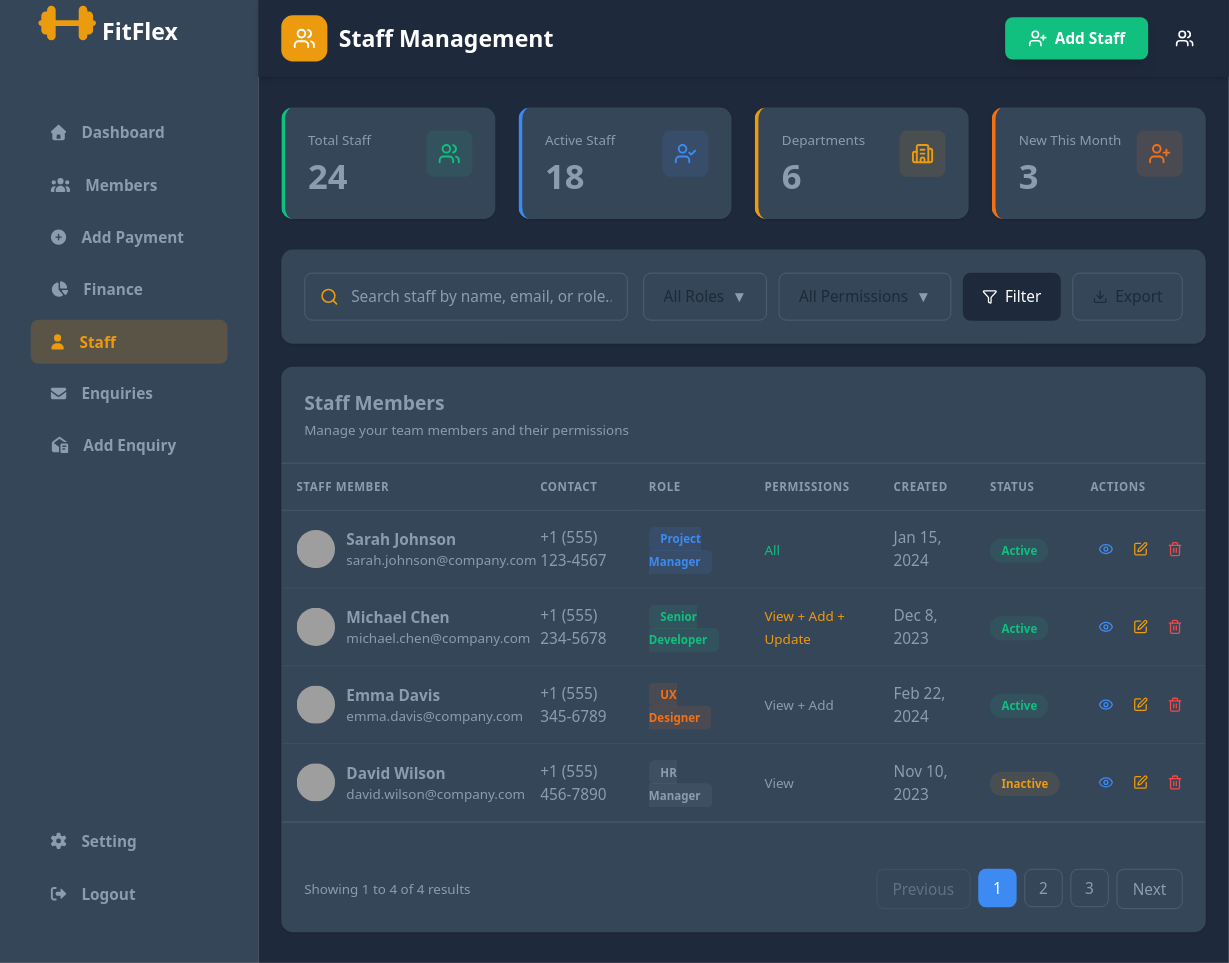
Repository: MuhammadTalhaTaj/gym_management_app_backend
Page: /staff (app in frontend/)
The author's editor kept a copy of each file at every save. The page is drawn from the files as they stood at one save, then again after a run of saves.
The browser window is 1280 px wide. The pictures show the whole page, at 96% of full size.
Pictures or frames that could not be fetched are drawn as grey boxes. The project was rebuilt for these pictures with package versions that can differ from the ones it lists, and the page was loaded fresh each time. Also part of the build but not shown: frontend/vite.config.ts, frontend/src/assets/styles/AdminHeader.css, frontend/src/Components/AdminHeader.tsx, frontend/src/assets/styles/AdminDashboard.css, frontend/src/hooks/useDashboardData.ts, frontend/src/assets/styles/AdminDashboardStats.css, frontend/src/Components/AdminDashboardStats.tsx, frontend/src/Components/IncomeExpenseChart.tsx and 30 more.

Above is the page before, as saved 2025-11-21 10:10:32.

### frontend/index.html
<!doctype html>
<html lang="en">

<head>
  <meta charset="UTF-8" />
  <link rel="icon" type="image/svg+xml" href="/vite.svg" />
  <meta name="viewport" content="width=device-width, initial-scale=1.0" />
  <title>GymManagement</title>
  <link rel="preconnect" href="https://fonts.googleapis.com" />
  <link rel="preconnect" href="https://fonts.gstatic.com" crossorigin />
  <link rel="stylesheet" href="https://fonts.googleapis.com/css2?family=Roboto:wght@300;400;500;700&display=swap" />

</head>

<body>
  <div id="root"></div>
  <script type="module" src="/src/main.tsx"></script>
</body>

</html>

### frontend/src/index.css
@import "tailwindcss";
:root{
  padding: 0;
  margin: 0;
  box-sizing: border-box;
  --primary-100:#364659;
  --primary-200:#1E293B;
  --primary-300:#8C9BB0;
  --secondary-100: #EC9A0E;
  --secondary-200:#595446;
  --tertiary-100: #F24949;
  --tertiary-100-30: #584252;
  --tertiary-200: #F47117;
  --tertiary-200-30: #5A4B48;
  --tertiary-300: #11BF7F;
  --tertiary-300-30: #2B595E;
  --tertiary-400: #3D8BF2;
  --tertiary-400-30: #344E75;
  --tertiary-500: #94A3B8;
  --tertiary-600: #1E293B;
}
body{
  padding: 0;
  margin: 0;
}
.adminMain{
  display: flex;
  margin: 0;
  justify-content: space-between;
  padding: 0;
  /* border: 2px solid blue; */
}
@media all and (max-width:700px) {
  .adminMain{
    flex-direction: column;
  }
}

### frontend/src/Components/ProtectedRoute.tsx
import React, { useEffect, useState } from "react";
// import { Navigate } from "react-router-dom";
import { apiRequest } from "../config/api";

type Props = {
  children: React.ReactNode;
};

const getStoredToken = (): string | null => {
  return localStorage.getItem("accessToken") || sessionStorage.getItem("accessToken");
};

export default function ProtectedRoute({ children }: Props) {
  const [status, setStatus] = useState<"pending" | "ok" | "unauth">("pending");

  useEffect(() => {
    let mounted = true;

    const token = getStoredToken();
    if (!token) {
      // no token -> immediately unauth
      if (mounted) setStatus("unauth");
      return;
    }

    const validate = async () => {
      try {
        // call backend authenticate endpoint
        const res = await apiRequest<{ success?: boolean; message?: string; userId?: string }>({
          method: "GET",
          endpoint: "/auth/authenticate"
        });

        // backend returns success:true on valid token
        if (mounted && res && (res as any).success === true) {
          setStatus("ok");
        } else {
          // treat missing success flag as unauth
          if (mounted) setStatus("unauth");
        }
      } catch (err) {
        // any error -> unauth
        if (mounted) setStatus("unauth");
      }
    };

    validate();

    return () => { mounted = false; };
  }, []);

  if (status === "pending") {
    // while checking, render nothing (keep UI/layout unchanged)
    return null;
  }

  if (status === "unauth") {
    // clear tokens to ensure clean state, then redirect
    try {
      localStorage.removeItem("accessToken");
      sessionStorage.removeItem("accessToken");
    } catch (e) {
      // ignore
    }
    // return <Navigate to="/login" replace />;
  }

  // auth ok
  return <>{children}</>;
}

### frontend/src/context/AuthContext.tsx
// src/context/AuthContext.tsx (example)
import React, { createContext, useEffect } from "react";
import { onAuthFailure,
  // setAccessToken as storeAccessToken,
   clearTokens } from "../config/auth";
import { useNavigate } from "react-router-dom";

export const AuthContext = createContext<any>(null);

export const AuthProvider: React.FC<{children:any}> = ({ children }) => {
  const navigate = useNavigate();

  useEffect(() => {
    onAuthFailure(() => {
      // clear local tokens and redirect to login
      clearTokens();
      navigate("/login");
    });
  }, [navigate]);

  return <AuthContext.Provider value={{}}>{children}</AuthContext.Provider>;
};

### frontend/src/pages/Admin/Staff.tsx
import React, { useState } from 'react';
import { Search, Download, Filter, Eye, Edit, Trash2, UserPlus, Users, UserCheck, Building2 } from 'lucide-react';

// Mock data file simulation
const staffData = [
  {
    id: 1,
    name: 'Sarah Johnson',
    email: 'sarah.johnson@company.com',
    phone: '+1 (555) 123-4567',
    role: 'Project Manager',
    permissions: 'All',
    created: 'Jan 15, 2024',
    status: 'Active',
    avatar: 'https://i.pravatar.cc/150?img=1'
  },
  {
    id: 2,
    name: 'Michael Chen',
    email: 'michael.chen@company.com',
    phone: '+1 (555) 234-5678',
    role: 'Senior Developer',
    permissions: 'View + Add + Update',
    created: 'Dec 8, 2023',
    status: 'Active',
    avatar: 'https://i.pravatar.cc/150?img=2'
  },
  {
    id: 3,
    name: 'Emma Davis',
    email: 'emma.davis@company.com',
    phone: '+1 (555) 345-6789',
    role: 'UX Designer',
    permissions: 'View + Add',
    created: 'Feb 22, 2024',
    status: 'Active',
    avatar: 'https://i.pravatar.cc/150?img=3'
  },
  {
    id: 4,
    name: 'David Wilson',
    email: 'david.wilson@company.com',
    phone: '+1 (555) 456-7890',
    role: 'HR Manager',
    permissions: 'View',
    created: 'Nov 10, 2023',
    status: 'Inactive',
    avatar: 'https://i.pravatar.cc/150?img=4'
  }
];

const statsData = [
  { label: 'Total Staff', value: 24, icon: Users, color: 'bg-[#11BF7F]/10', iconColor: 'text-[#11BF7F]', borderColor: 'border-l-[#11BF7F]' },
  { label: 'Active Staff', value: 18, icon: UserCheck, color: 'bg-[#3D8BF2]/10', iconColor: 'text-[#3D8BF2]', borderColor: 'border-l-[#3D8BF2]' },
  { label: 'Departments', value: 6, icon: Building2, color: 'bg-[#EC9A0E]/10', iconColor: 'text-[#EC9A0E]', borderColor: 'border-l-[#EC9A0E]' },
  { label: 'New This Month', value: 3, icon: UserPlus, color: 'bg-[#F27117]/10', iconColor: 'text-[#F27117]', borderColor: 'border-l-[#F27117]' }
];

// Components
const StatCard = ({ stat }) => {
  const Icon = stat.icon;
  return (
    <div className={`bg-[var(--primary-100)] rounded-xl p-6 border-l-4 ${stat.borderColor} shadow-sm hover:shadow-md transition-shadow`}>
      <div className="flex items-start justify-between">
        <div>
          <p className="text-[#8C9BB0] text-sm font-medium mb-2">{stat.label}</p>
          <h3 className="text-[var(--primary-300)] text-4xl font-bold">{stat.value}</h3>
        </div>
        <div className={`${stat.color} ${stat.iconColor} p-3 rounded-lg`}>
          <Icon className="w-6 h-6" />
        </div>
      </div>
    </div>
  );
};

const SearchBar = ({ value, onChange }) => (
  <div className="relative flex-1 max-w-md">
    <Search className="absolute left-4 top-1/2 -translate-y-1/2 w-5 h-5 text-[var(--secondary-100)]" />
    <input
      type="text"
      value={value}
      onChange={(e) => onChange(e.target.value)}
      placeholder="Search staff by name, email, or role..."
      className="w-full pl-12 pr-4 py-3 rounded-lg border border-[#8C9BB0]/30 focus:outline-none focus:ring-2 focus:ring-[#3D8BF2] focus:border-transparent text-[var(--primary-300)] placeholder:text-[var(--primary-300)]"
    />
  </div>
);

const FilterButton = ({ children, onClick }) => (
  <button
    onClick={onClick}
    className="px-5 py-3 rounded-lg border border-[#8C9BB0]/30 text-[var(--primary-200)] font-medium hover:bg-[var(--primary-100)] transition-colors flex items-center gap-2"
  >
    {children}
  </button>
);

const ActionButton = ({ icon: Icon, onClick, variant = 'default' }) => {
  const colors = {
    view: 'text-[#3D8BF2] hover:bg-[#3D8BF2]/10',
    edit: 'text-[#EC9A0E] hover:bg-[#EC9A0E]/10',
    delete: 'text-[#F24949] hover:bg-[#F24949]/10'
  };

  return (
    <button
      onClick={onClick}
      className={`p-2 rounded-lg transition-colors ${colors[variant]}`}
    >
      <Icon className="w-4 h-4" />
    </button>
  );
};

const StatusBadge = ({ status }) => {
  const isActive = status === 'Active';
  return (
    <span className={`px-3 py-1 rounded-full text-xs font-semibold ${
      isActive
        ? 'bg-[#11BF7F]/10 text-[#11BF7F]'
        : 'bg-[#EC9A0E]/10 text-[#EC9A0E]'
    }`}>
      {status}
    </span>
  );
};

const RoleBadge = ({ role }) => {
  const colors = {
    'Project Manager': 'bg-[#3D8BF2]/10 text-[#3D8BF2]',
    'Senior Developer': 'bg-[#11BF7F]/10 text-[#11BF7F]',
    'UX Designer': 'bg-[#F27117]/10 text-[#F27117]',
    'HR Manager': 'bg-[#8C9BB0]/10 text-[#8C9BB0]'
  };

  return (
    <span className={`px-3 py-1 rounded-md text-xs font-semibold ${colors[role] || 'bg-gray-100 text-gray-700'}`}>
      {role}
    </span>
  );
};

const PermissionBadge = ({ permissions }) => {
  const getColor = () => {
    if (permissions === 'All') return 'text-[#11BF7F]';
    if (permissions.includes('Update')) return 'text-[#EC9A0E]';
    if (permissions.includes('Add')) return 'text-[#8C9BB0]';
    return 'text-[#8C9BB0]';
  };

  return (
    <span className={`text-sm font-medium ${getColor()}`}>
      {permissions}
    </span>
  );
};

const StaffTable = ({ data, onView, onEdit, onDelete }) => (
  <div className="overflow-x-auto">
    <table className="w-full">
      <thead>
        <tr className="border-b border-[#8C9BB0]/20">
          <th className="text-left py-4 px-4 text-xs font-semibold text-[var(--primary-300)] uppercase tracking-wider">Staff Member</th>
          <th className="text-left py-4 px-4 text-xs font-semibold text-[var(--primary-300)] uppercase tracking-wider">Contact</th>
          <th className="text-left py-4 px-4 text-xs font-semibold text-[var(--primary-300)] uppercase tracking-wider">Role</th>
          <th className="text-left py-4 px-4 text-xs font-semibold text-[var(--primary-300)] uppercase tracking-wider">Permissions</th>
          <th className="text-left py-4 px-4 text-xs font-semibold text-[var(--primary-300)] uppercase tracking-wider">Created</th>
          <th className="text-left py-4 px-4 text-xs font-semibold text-[var(--primary-300)] uppercase tracking-wider">Status</th>
          <th className="text-left py-4 px-4 text-xs font-semibold text-[var(--primary-300)] uppercase tracking-wider">Actions</th>
        </tr>
      </thead>
      <tbody>
        {data.map((staff) => (
          <tr key={staff.id} className="border-b border-[#8C9BB0]/10 hover:bg-[var(--primary-200)] transition-colors">
            <td className="py-4 px-4">
              <div className="flex items-center gap-3">
                <img src={staff.avatar} alt={staff.name} className="w-10 h-10 rounded-full object-cover" />
                <div>
                  <p className="font-semibold text-[var(--primary-300)]">{staff.name}</p>
                  <p className="text-sm text-[var(--primary-300)]">{staff.email}</p>
                </div>
              </div>
            </td>
            <td className="py-4 px-4 text-[var(--primary-300)]">{staff.phone}</td>
            <td className="py-4 px-4">
              <RoleBadge role={staff.role} />
            </td>
            <td className="py-4 px-4">
              <PermissionBadge permissions={staff.permissions} />
            </td>
            <td className="py-4 px-4 text-[var(--primary-300)]">{staff.created}</td>
            <td className="py-4 px-4">
              <StatusBadge status={staff.status} />
            </td>
            <td className="py-4 px-4">
              <div className="flex items-center gap-1">
                <ActionButton icon={Eye} onClick={() => onView(staff.id)} variant="view" />
                <ActionButton icon={Edit} onClick={() => onEdit(staff.id)} variant="edit" />
                <ActionButton icon={Trash2} onClick={() => onDelete(staff.id)} variant="delete" />
              </div>
            </td>
          </tr>
        ))}
      </tbody>
    </table>
  </div>
);

const Pagination = ({ currentPage, totalPages, onPageChange }) => (
  <div className="flex items-center justify-between mt-6">
    <p className="text-sm text-[var(--primary-300)]">
      Showing 1 to 4 of {staffData.length} results
    </p>
    <div className="flex gap-2">
      <button
        onClick={() => onPageChange(currentPage - 1)}
        disabled={currentPage === 1}
        className="px-4 py-2 rounded-lg border border-[#8C9BB0]/30 text-[var(--primary-300)] font-medium hover:bg-[var(--primary-200)] disabled:opacity-50 disabled:cursor-not-allowed transition-colors"
      >
        Previous
      </button>
      {[...Array(totalPages)].map((_, i) => (
        <button
          key={i + 1}
          onClick={() => onPageChange(i + 1)}
          className={`w-10 h-10 rounded-lg font-medium transition-colors ${
            currentPage === i + 1
              ? 'bg-[#3D8BF2] text-white'
              : 'border border-[#8C9BB0]/30 text-[var(--primary-300)] hover:bg-[var(--primary-200)]'
          }`}
        >
          {i + 1}
        </button>
      ))}
      <button
        onClick={() => onPageChange(currentPage + 1)}
        disabled={currentPage === totalPages}
        className="px-4 py-2 rounded-lg border border-[#8C9BB0]/30 text-[var(--primary-300)] font-medium hover:bg-[var(--primary-200)] disabled:opacity-50 disabled:cursor-not-allowed transition-colors"
      >
        Next
      </button>
    </div>
  </div>
);

// Main Component
const Staff = () => {
  const [searchTerm, setSearchTerm] = useState('');
  const [currentPage, setCurrentPage] = useState(1);
  const [selectedRole, setSelectedRole] = useState('All Roles');
  const [selectedPermission, setSelectedPermission] = useState('All Permissions');

  const filteredData = staffData.filter(staff =>
    staff.name.toLowerCase().includes(searchTerm.toLowerCase()) ||
    staff.email.toLowerCase().includes(searchTerm.toLowerCase()) ||
    staff.role.toLowerCase().includes(searchTerm.toLowerCase())
  );

  const handleView = (id) => console.log('View staff:', id);
  const handleEdit = (id) => console.log('Edit staff:', id);
  const handleDelete = (id) => console.log('Delete staff:', id);

  return (
    <div className="min-h-screen bg-[var(--primary-200)]">
      {/* Header */}
      <header className="bg-[var(--primary-200)] shadow-md">
        <div className="max-w-[1600px] mx-auto px-6 py-4 flex items-center justify-between">
          <div className="flex items-center gap-3">
            <div className="bg-[var(--secondary-100)] p-3 rounded-xl">
              <Users className="w-6 h-6 text-white" />
            </div>
            <h1 className="text-white text-2xl font-bold">Staff Management</h1>
          </div>
          <div className="flex items-center gap-4">
            <button className="bg-[#11BF7F] hover:bg-[#11BF7F]/90 text-white px-6 py-2.5 rounded-lg font-semibold flex items-center gap-2 transition-colors shadow-lg">
              <UserPlus className="w-5 h-5" />
              Add Staff
            </button>
            <button className="bg-[#1E293B] hover:bg-[#1E293B]/90 text-white w-11 h-11 rounded-lg flex items-center justify-center transition-colors">
              <Users className="w-5 h-5" />
            </button>
          </div>
        </div>
      </header>

      {/* Main Content */}
      <main className="max-w-[1600px] mx-auto px-6 py-8">
        {/* Stats Grid */}
        <div className="grid grid-cols-1 md:grid-cols-2 lg:grid-cols-4 gap-6 mb-8">
          {statsData.map((stat, index) => (
            <StatCard key={index} stat={stat} />
          ))}
        </div>

        {/* Filters Section */}
        <div className="bg-[var(--primary-100)] rounded-xl shadow-sm p-6 mb-6">
          <div className="flex flex-col lg:flex-row gap-4 items-start lg:items-center">
            <SearchBar value={searchTerm} onChange={setSearchTerm} />
            <div className="flex flex-wrap gap-3">
              <FilterButton>
                {selectedRole}
                <span className="text-[#8C9BB0]">▼</span>
              </FilterButton>
              <FilterButton>
                {selectedPermission}
                <span className="text-[#8C9BB0]">▼</span>
              </FilterButton>
              <button className="px-5 py-3 rounded-lg bg-[#1E293B] text-white font-medium hover:bg-[#1E293B]/90 transition-colors flex items-center gap-2">
                <Filter className="w-4 h-4" />
                Filter
              </button>
              <button className="px-5 py-3 rounded-lg border border-[#8C9BB0]/30 text-[#1E293B] font-medium hover:bg-[#F8FAFC] transition-colors flex items-center gap-2">
                <Download className="w-4 h-4" />
                Export
              </button>
            </div>
          </div>
        </div>

        {/* Staff Table */}
        <div className="bg-[var(--primary-100)] rounded-xl shadow-sm overflow-hidden">
          <div className="p-6 border-b border-[#8C9BB0]/20">
            <h2 className="text-xl font-bold text-[var(--primary-300)]">Staff Members</h2>
            <p className="text-[var(--primary-300)] text-sm mt-1">Manage your team members and their permissions</p>
          </div>

          <StaffTable
            data={filteredData}
            onView={handleView}
            onEdit={handleEdit}
            onDelete={handleDelete}
          />

          <div className="p-6 border-t border-[#8C9BB0]/20">
            <Pagination
              currentPage={currentPage}
              totalPages={3}
              onPageChange={setCurrentPage}
            />
          </div>
        </div>
      </main>
    </div>
  );
};

export default Staff;

### frontend/src/config/auth.ts
// src/config/auth.ts
const ACCESS_TOKEN_KEY = "accessToken";

/**
 * Read access token (prefers localStorage, fallbacks to sessionStorage)
 */
export function readAccessToken(): string | null {
  return localStorage.getItem(ACCESS_TOKEN_KEY) || sessionStorage.getItem(ACCESS_TOKEN_KEY);
}

/**
 * Store access token.
 * If `persist` true -> save to localStorage, otherwise sessionStorage.
 */
export function setAccessToken(token: string | null, persist = true) {
  if (!token) {
    localStorage.removeItem(ACCESS_TOKEN_KEY);
    sessionStorage.removeItem(ACCESS_TOKEN_KEY);
    return;
  }
  if (persist) {
    localStorage.setItem(ACCESS_TOKEN_KEY, token);
    sessionStorage.removeItem(ACCESS_TOKEN_KEY);
  } else {
    sessionStorage.setItem(ACCESS_TOKEN_KEY, token);
    localStorage.removeItem(ACCESS_TOKEN_KEY);
  }
}

/**
 * Clear tokens
 */
export function clearTokens() {
  localStorage.removeItem(ACCESS_TOKEN_KEY);
  sessionStorage.removeItem(ACCESS_TOKEN_KEY);
}

/**
 * Call refresh endpoint to obtain a fresh access token.
 * Note: This request includes credentials because your backend may store refresh token in an httpOnly cookie.
 */
let AUTH_BASE_URL = (import.meta.env.VITE_API_URL || "http://localhost:4000").replace(/\/$/, "");

export async function refreshAccessToken(): Promise<string> {
  const url = `${AUTH_BASE_URL}/auth/refreshToken`;

  const res = await fetch(url, {
    method: "POST",
    // include cookies to allow the server to find httpOnly refresh cookie
    credentials: "include",
    headers: {
      "Content-Type": "application/json"
    },
    // no body needed because your server reads cookie/header
  });

  // If server returns non-JSON or non-ok, try to parse but handle gracefully
  let data: any = {};
  try {
    data = await res.json();
  } catch (e) {
    // ignore parse error
  }

  if (!res.ok) {
    // throw useful error with body message if present
    const message = data?.message || `Failed to refresh access token (status ${res.status})`;
    throw new Error(message);
  }

  if (!data?.accessToken) {
    throw new Error("Refresh succeeded but no accessToken returned");
  }

  // store returned token (persist behavior up to you; default persist)
  setAccessToken(data.accessToken, true);
  return data.accessToken;
}

/**
 * App-level callback when refresh fails (e.g., redirect to /login)
 */
let authFailureHandler: (() => void) | null = null;
export function onAuthFailure(handler: () => void) {
  authFailureHandler = handler;
}
export function callAuthFailureHandler() {
  if (typeof authFailureHandler === "function") authFailureHandler();
}

Loaded but not shown: frontend/src/main.tsx (common file); frontend/src/Components/AdminSidebar.tsx (181 lines, source omitted); frontend/src/config/api.ts (123 lines, source omitted); frontend/src/App.tsx (71 lines, source omitted); frontend/src/assets/styles/AdminSidebar.css (138 lines, source omitted); frontend/src/pages/Admin/AddStaff.tsx (no stored copy; drawn as an empty file)

After the next 4 saves:
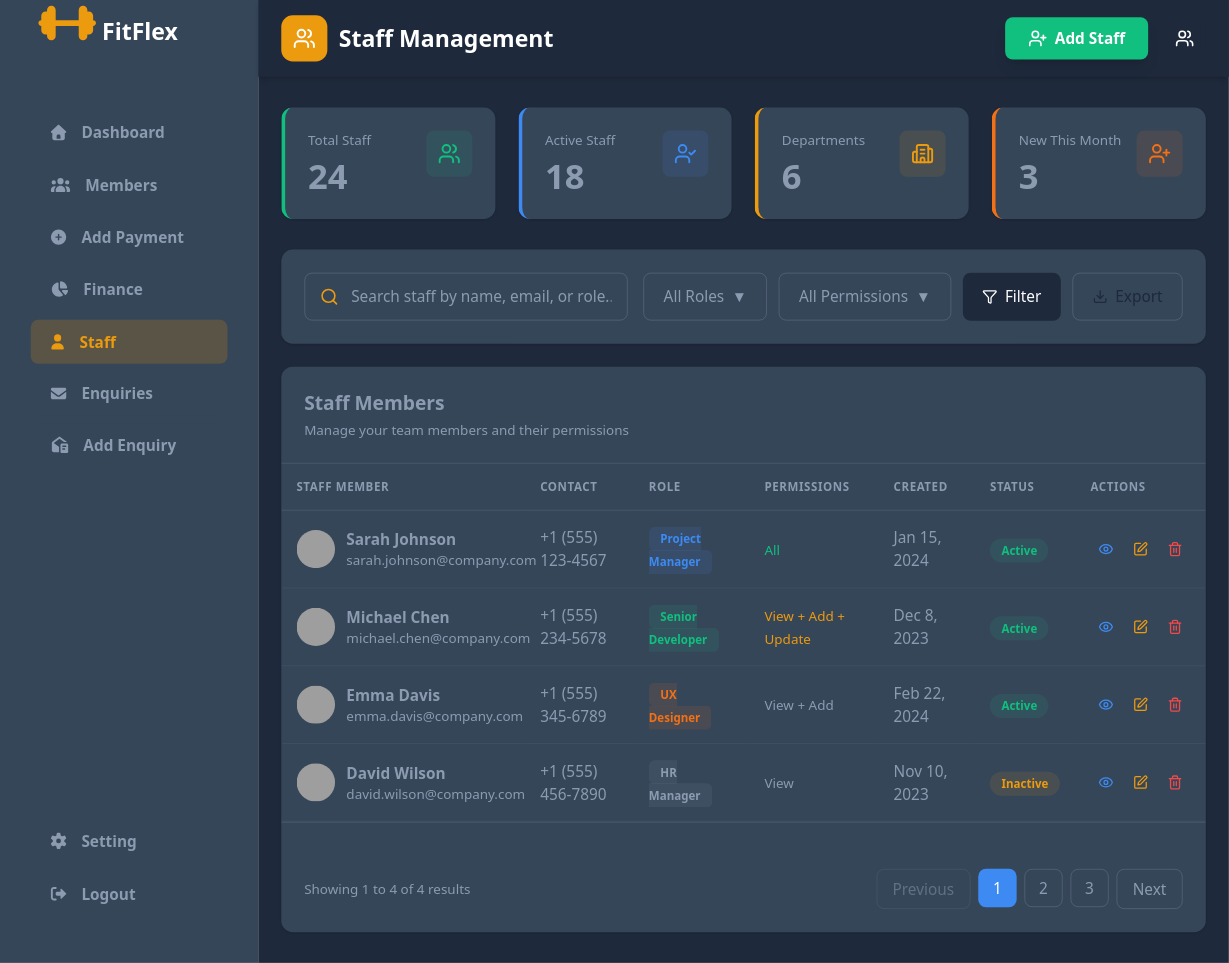
The 4 saves are shown as one change because they came seconds apart.
The last was saved 12 s later.
--- a/frontend/src/pages/Admin/Staff.tsx
+++ b/frontend/src/pages/Admin/Staff.tsx
@@ -90,7 +90,7 @@ const SearchBar = ({ value, onChange }) => (
 const FilterButton = ({ children, onClick }) => (
   <button
     onClick={onClick}
-    className="px-5 py-3 rounded-lg border border-[#8C9BB0]/30 text-[var(--primary-200)] font-medium hover:bg-[var(--primary-100)] transition-colors flex items-center gap-2"
+    className="px-5 py-3 rounded-lg border border-[#8C9BB0]/30 text-[var(--primary-300)] font-medium hover:bg-[var(--primary-100)] transition-colors flex items-center gap-2"
   >
     {children}
   </button>
